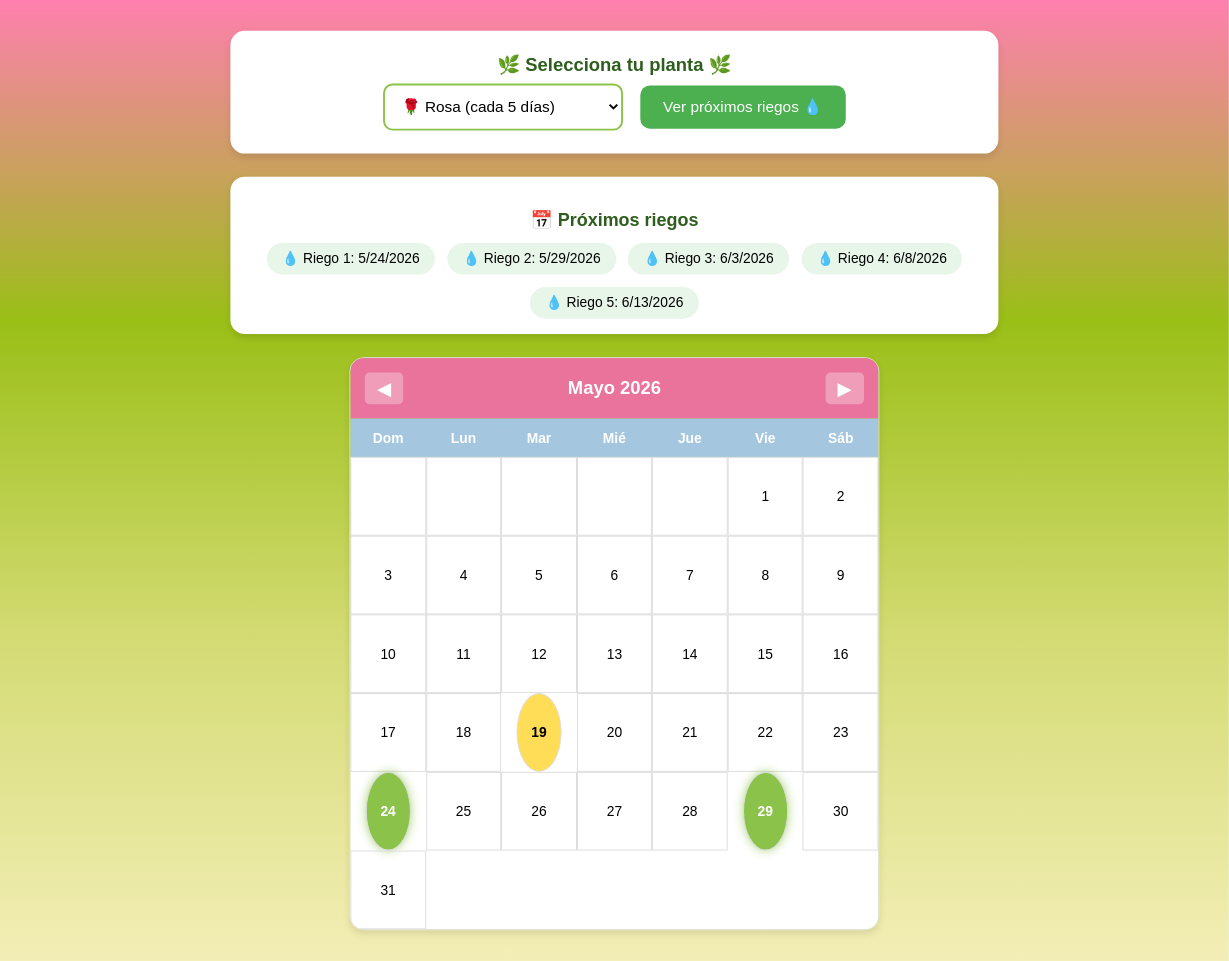
Repository: carrascokarencb37-afk/Nuura
Page: html/calendario.html
These files come from the project's save history. The page is drawn as it stood at one moment and after the next save; the edit follows.
The browser window is 1280 px wide. The pictures show the whole page, at 96% of full size.
After loading, the first visible `button` was clicked once.

Above is the page before, as saved 2026-05-29 21:36:42.
Console error: SyntaxError: Unexpected end of input

### html/calendario.html
<!DOCTYPE html>
<html lang="es">
<head>
    <meta charset="UTF-8">
    <meta name="viewport" content="width=device-width, initial-scale=1.0">
    <title>Nuura - Calendario de Riego</title>
    <link rel="stylesheet" href="../css/cale.css">
    <script src="../js/calen.js" defer></script>
    <script src="../js/calen_notif.js" defer></script>
</head>
<body>
    <div class="container">
        <!-- Selector de flor -->
        <div class="selector-flor">
            <label>🌿 Selecciona tu planta 🌿</label>
            <div>
                <select id="flor">
                    <option value="rosa">🌹 Rosa (cada 5 días)</option>
                    <option value="jazmin">🌼 Jazmín (cada 1 días)</option>
                    <option value="corona">👑 Corona de Cristo (cada 3 días)</option>
                    <option value="duranta">💜 Duranta (cada 2 días)</option>
                    <option value="pervinca">🌸 Pervinca (cada 1 día)</option>
                    <option value="capuchina">🧡 Capuchina (cada 1 día)</option>
                    <option value="ruda">🌿 Ruda (cada 2 días)</option>
                    <option value="pascua">❤️ Flor de Pascua (cada 1 días)</option>
                    <option value="bigotillo">💚 Bigotillo (cada 2 días)</option>
                    <option value="trompillo">💛 Trompillo (cada 2 día)</option>
                </select>
                <button onclick="calcularRiego()">Ver próximos riegos 💧</button>
            </div>
        </div>

        <!-- Resultado de riegos -->
        <div class="resultado-riegos">
            <h3>📅 Próximos riegos</h3>
            <div id="resultado">
                <p style="color: gray;">Selecciona una planta y haz clic en "Ver próximos riegos"</p>
                <div id="recordatorio"></div>
            </div>
        </div>

        <!-- Calendar Container -->
        <div class="calendar">
            <!-- Month and Year Header -->
            <div class="calendar-header">
                <button onclick="mesAnterior()">◀</button>
                <span id="monthYear"></span>
                <button onclick="mesSiguiente()">▶</button>
            </div>

            <!-- Days of the Week -->
            <div class="calendar-days">
                <div>Dom</div>
                <div>Lun</div>
                <div>Mar</div>
                <div>Mié</div>
                <div>Jue</div>
                <div>Vie</div>
                <div>Sáb</div>
            </div>

            <!-- Calendar Dates -->
            <div id="calendarDates" class="calendar-dates"></div>
        </div>
    </div>
</body>
</html>

### css/cale.css

.riego{
    background-color: #8BC34A;
    border-radius: 50%;
}
        /* Basic page styling */
        body {
            font-family: Arial, sans-serif;
            display: flex;
             flex-direction: column;
    justify-content: center;
    align-items: center;
    min-height: 100vh;
    background: linear-gradient(to top, #f3eeb6, #d4db74, #9abf17, #ff7fae);
    margin: 0;
    padding: 2rem 1rem;
}

/* Contenedor principal */
.container {
    max-width: 800px;
    width: 100%;
    margin: 0 auto;
}

/* Selector de flor */
.selector-flor {
    background: white;
    padding: 1.5rem;
    border-radius: 15px;
    margin-bottom: 1.5rem;
    text-align: center;
    box-shadow: 0 4px 8px rgba(0, 0, 0, 0.1);
}

.selector-flor label {
    font-size: 1.2rem;
    font-weight: bold;
    color: #2e5e1e;
    display: block;
    margin-bottom: 0.5rem;
}

#flor {
    padding: 0.8rem;
    font-size: 1rem;
    border-radius: 10px;
    border: 2px solid #8BC34A;
    background-color: white;
    width: 100%;
    max-width: 250px;
    cursor: pointer;
}

button {
    background-color: #4CAF50;
    color: white;
    border: none;
    padding: 0.8rem 1.5rem;
    font-size: 1rem;
    border-radius: 10px;
    cursor: pointer;
    margin-left: 0.8rem;
    transition: 0.3s;
}

button:hover {
    background-color: #45a049;
    transform: scale(1.02);
}

/* Resultado de riegos */
.resultado-riegos {
    background: white;
    padding: 1rem;
    border-radius: 15px;
    margin-bottom: 1.5rem;
    text-align: center;
    box-shadow: 0 4px 8px rgba(0, 0, 0, 0.1);
}

.resultado-riegos h3 {
    color: #2e5e1e;
    margin-bottom: 0.8rem;
}

#resultado {
    display: flex;
    flex-wrap: wrap;
    justify-content: center;
    gap: 0.8rem;
}

#resultado p {
    background: #e8f5e9;
    padding: 0.5rem 1rem;
    border-radius: 20px;
    margin: 0;
    font-size: 0.9rem;
}

/* Calendar container */
.calendar {
    width: 100%;
    max-width: 550px;
    margin: 0 auto;
    border: 1px solid #ddd;
    border-radius: 15px;
    box-shadow: 0 4px 8px rgba(0, 0, 0, 0.1);
    overflow: hidden;
}

/* Calendar header styling */
.calendar-header {
    display: flex;
    justify-content: space-between;
    align-items: center;
    background-color: #ee6fa2f1;
    color: white;
    padding: 15px;
    font-size: 1.2em;
    font-weight: bold;
}

.calendar-header button {
    background: rgba(255, 255, 255, 0.3);
    border: none;
    color: white;
    font-size: 1.2rem;
    cursor: pointer;
    padding: 0.3rem 0.8rem;
    border-radius: 5px;
    margin: 0;
}

.calendar-header button:hover {
    background: rgba(255, 255, 255, 0.5);
    transform: none;
}

/* Days of the week styling */
.calendar-days {
    display: grid;
    grid-template-columns: repeat(7, 1fr);
    background-color: #a3c7e9f1;
    color: white;
    text-align: center;
}

.calendar-days div {
    padding: 12px 5px;
    text-align: center;
    font-weight: bold;
    font-size: 0.9rem;
}

/* Date cells styling */
.calendar-dates {
    display: grid;
    grid-template-columns: repeat(7, 1fr);
    background-color: white;
}

.calendar-dates div {
    padding: 15px 5px;
    text-align: center;
    border: 1px solid #ddd;
    font-size: 0.9rem;
    min-height: 50px;
    display: flex;
    align-items: center;
    justify-content: center;
    transition: 0.2s;
}

.calendar-dates div:hover {
    background-color: #f0f0f0;
}

/* Highlight today */
.today {
    background-color: #ffdd57 !important;
    font-weight: bold;
    border-radius: 50%;
    width: 35px;
    height: 35px;
    margin: auto;
}

/* Día de riego */
.riego-day {
    background-color: #8BC34A !important;
    color: white;
    font-weight: bold;
    border-radius: 50%;
    width: 35px;
    height: 35px;
    margin: auto;
    display: flex;
    align-items: center;
    justify-content: center;
    box-shadow: 0 0 10px rgba(139, 195, 74, 0.7);
}

/* Responsive */
@media (max-width: 550px) {
    body {
        padding: 1rem;
    }

    .calendar-dates div {
        padding: 10px 2px;
        font-size: 0.75rem;
        min-height: 40px;
    }

    .calendar-days div {
        padding: 8px 2px;
        font-size: 0.75rem;
    }

    .today, .riego-day {
        width: 28px;
        height: 28px;
    }

    button {
        margin-left: 0;
        margin-top: 0.5rem;
    }
}

@media (max-width: 400px) {
    .calendar-dates div {
        padding: 8px 1px;
        font-size: 0.7rem;
    }

    .today, .riego-day {
        width: 25px;
        height: 25px;
    }
}

#recordatorio{
    margin-top:15px;
    padding:12px;
    border-radius:10px;
    font-weight:bold;
    display:none;
}
.recordatorio-activo{
    background-color:#fff3cd;
    color:#856404;
    border: 2px solid #ffeeba;
    display: block !important;

}

### js/calen.js

//es como decir, regar cada X días
const flores = {
    rosa: 5,
    jazmin: 1,

    corona: 3,
    duranta: 2,

    pervinca: 1,
    capuchina: 1,
    ruda: 2,
    trompillo: 1,

    pascua: 2,
    bigotillo: 2
};

// Variable para guardar las fechas de riego actuales
let fechasRiego = [];

function calcularRiego() {
    const flor = document.getElementById("flor").value;
    const diasRiego = flores[flor];

    if (!diasRiego) {
        document.getElementById("resultado").innerHTML = "<p style='color:red'>Flor no encontrada</p>";
        return;
    }

    let hoy = new Date();
    let resultado = "";
    fechasRiego = []; // Limpiar fechas anteriores

    for(let i = 1; i <= 5; i++) {
        let fecha = new Date();
        fecha.setDate(hoy.getDate() + (diasRiego * i));
        fechasRiego.push(fecha);

        resultado += `
        <p>💧 Riego ${i}: ${fecha.toLocaleDateString()}</p>
        `;
    }

    document.getElementById("resultado").innerHTML = resultado;

    // Actualizar el calendario con los días de riego
    actualizarCalendarioRiegos();
}

// Variables globales para el calendario
let fechaActual = new Date();
let currentMonth = fechaActual.getMonth();
let currentYear = fechaActual.getFullYear();

function actualizarCalendario() {
    const monthNames = ["Enero", "Febrero", "Marzo", "Abril", "Mayo", "Junio", "Julio", "Agosto", "Septiembre", "Octubre", "Noviembre", "Diciembre"];
    const monthYearHeader = document.getElementById("monthYear");

    if (monthYearHeader) {
        monthYearHeader.textContent = `${monthNames[currentMonth]} ${currentYear}`;
    }

    const firstDayOfMonth = new Date(currentYear, currentMonth, 1);
    const startDay = firstDayOfMonth.getDay();
    const daysInMonth = new Date(currentYear, currentMonth + 1, 0).getDate();

    const calendarDates = document.getElementById("calendarDates");
    if (!calendarDates) return;

    calendarDates.innerHTML = "";

    // Agregar días vacíos antes del primer día del mes
    for (let i = 0; i < startDay; i++) {
        const emptyDiv = document.createElement("div");
        calendarDates.appendChild(emptyDiv);
    }

    // Agregar los días del mes
    const today = new Date();
    const isCurrentMonth = (today.getMonth() === currentMonth && today.getFullYear() === currentYear);

    for (let day = 1; day <= daysInMonth; day++) {
        const dayDiv = document.createElement("div");
        dayDiv.textContent = day;

        // Marcar el día actual
        if (isCurrentMonth && day === today.getDate()) {
            dayDiv.classList.add("today");
        }

        // Marcar días de riego
        if (fechasRiego.length > 0) {
            const fechaComparar = new Date(currentYear, currentMonth, day);
            const esDiaRiego = fechasRiego.some(fechaRiego =>
                fechaRiego.getDate() === fechaComparar.getDate() &&
                fechaRiego.getMonth() === fechaComparar.getMonth() &&
                fechaRiego.getFullYear() === fechaComparar.getFullYear()
            );

            if (esDiaRiego) {
                dayDiv.classList.add("riego-day");
                dayDiv.title = "💧 Día de regar";
            }
        }

        calendarDates.appendChild(dayDiv);
    }
}

function mesAnterior() {
    currentMonth--;
    if (currentMonth < 0) {
        currentMonth = 11;
        currentYear--;
    }
    actualizarCalendario();
}

function mesSiguiente() {
    currentMonth++;
    if (currentMonth > 11) {
        currentMonth = 0;
        currentYear++;
    }
    actualizarCalendario();
}

function actualizarCalendarioRiegos() {
    actualizarCalendario();
}

// Inicializar cuando la página carga
document.addEventListener("DOMContentLoaded", () => {
    actualizarCalendario();
});


// Asegurar que las funciones sean globales
window.calcularRiego = calcularRiego;
window.mesAnterior = mesAnterior;
window.mesSiguiente = mesSiguiente;
window.fechasRiego = fechasRiego;

### js/calen_notif.js
// Solicitar permiso para notificaciones al cargar la página
if (Notification.permission !== "granted" && Notification.permission !== "denied") {
    Notification.requestPermission();
}

function mostrarNotificacion(planta) {
    if (Notification.permission === "granted") {
        new Notification("🌿 Recordatorio NUURA", {
            body: `💧 Es momento de regar tu ${planta}`,
            icon: "../img/Nuura.png", // Ajusta la ruta de tu ícono
            badge: "../img/Nuura.png"
        });
    }
}

function revisarRiegoHoy() {
    // Si no hay fechas de riego, no hacer nada
    if (typeof fechasRiego === 'undefined' || fechasRiego.length === 0) {
        console.log("No hay fechas de riego calculadas aún");
        return false;
    }

    const hoy = new Date();
    hoy.setHours(0, 0, 0, 0); // Normalizar hora para comparación

    const esHoy = fechasRiego.some(fecha => {
        const fechaRiego = new Date(fecha);
        fechaRiego.setHours(0, 0, 0, 0);
        return fechaRiego.getTime() === hoy.getTime();
    });

    if (esHoy) {
    const plantaSelect = document.getElementById("flor");

        const planta =
            plantaSelect.options[
                plantaSelect.selectedIndex
            ].text;

        mostrarNotificacion(planta);

        const recordatorio =
            document.getElementById("recordatorio");

        recordatorio.innerHTML =
            `💧 Hoy debes regar ${planta}`;

        recordatorio.classList.add(
            "recordatorio-activo"
        );

        return true;
}

// Función para programar verificaciones periódicas
function iniciarVerificadorRiego() {
    // Verificar al cargar la página
    setTimeout(() => revisarRiegoHoy(), 1000);

    // Verificar cada hora si hay que regar hoy (por si cambia el día)
    setInterval(() => revisarRiegoHoy(), 60 * 60 * 1000);

    // Verificar específicamente a las 9:00 AM, 12:00 PM y 6:00 PM
    const ahora = new Date();
    const horasRevision = [9, 12, 18]; // 9am, 12pm, 6pm

    horasRevision.forEach(hora => {
        let tiempoHastaHora = new Date();
        tiempoHastaHora.setHours(hora, 0, 0, 0);

        if (tiempoHastaHora < ahora) {
            tiempoHastaHora.setDate(tiempoHastaHora.getDate() + 1);
        }

        const tiempoEspera = tiempoHastaHora - ahora;
        setTimeout(() => {
            revisarRiegoHoy();
            // Programar para todos los días a esta hora
            setInterval(() => revisarRiegoHoy(), 24 * 60 * 60 * 1000);
        }, tiempoEspera);
    });
}

// Sobrescribir la función calcularRiego original para que también revise notificaciones
// Guardar referencia a la función original
const calcularRiegoOriginal = window.calcularRiego;

// Crear nueva función que incluya la verificación de notificaciones
window.calcularRiego = function() {
    if (calcularRiegoOriginal) {
        calcularRiegoOriginal();
    }
    // Después de calcular, revisar si hoy es día de riego
    revisarRiegoHoy();
};

// Iniciar verificador cuando la página carga
document.addEventListener("DOMContentLoaded", () => {
    iniciarVerificadorRiego();
});

After the next save:
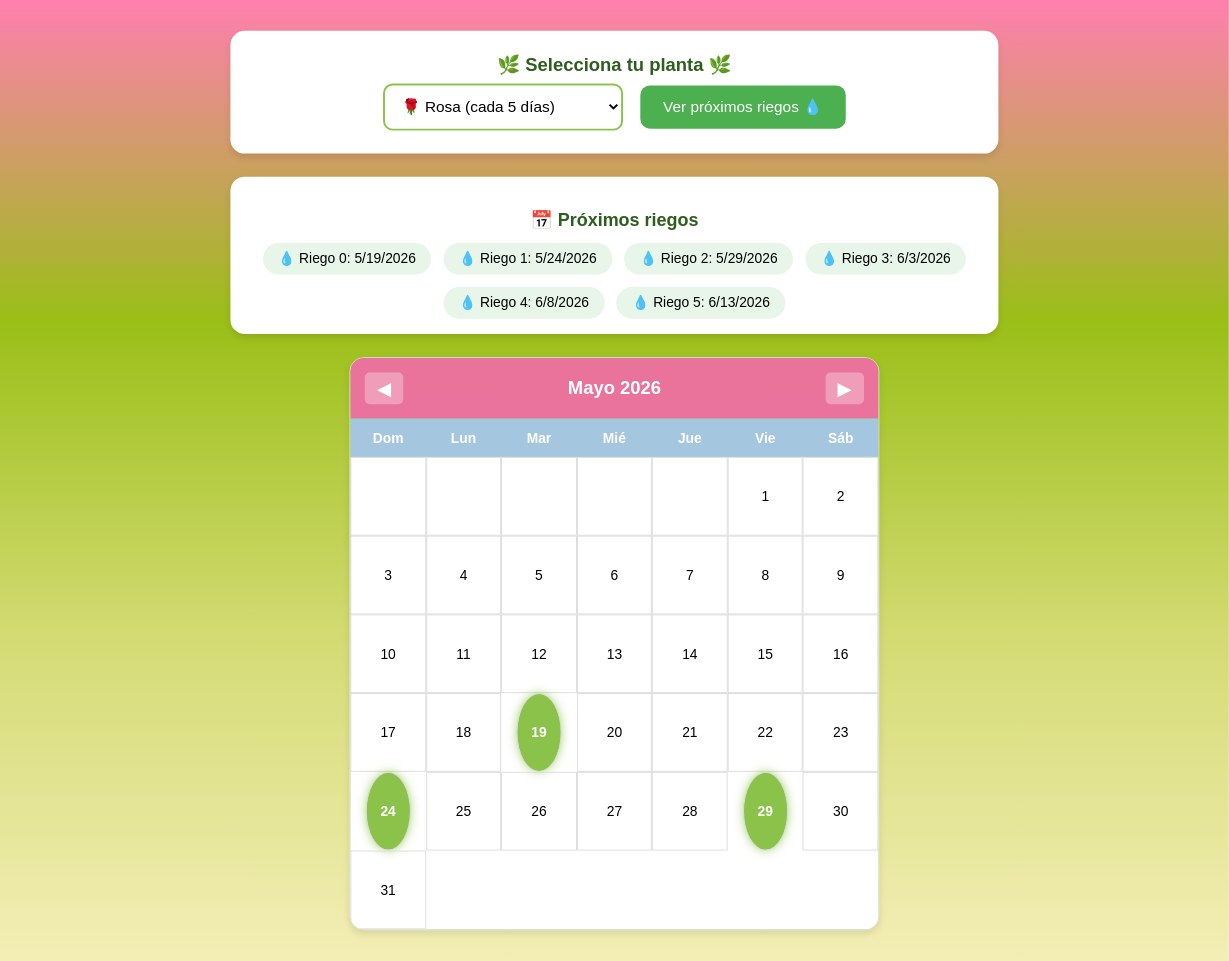
Saved 2 min 24 s later.
--- a/js/calen.js
+++ b/js/calen.js
@@ -32,7 +32,7 @@ function calcularRiego() {
     let resultado = "";
     fechasRiego = []; // Limpiar fechas anteriores
 
-    for(let i = 1; i <= 5; i++) {
+    for(let i = 0; i <= 5; i++) {
         let fecha = new Date();
         fecha.setDate(hoy.getDate() + (diasRiego * i));
         fechasRiego.push(fecha);
